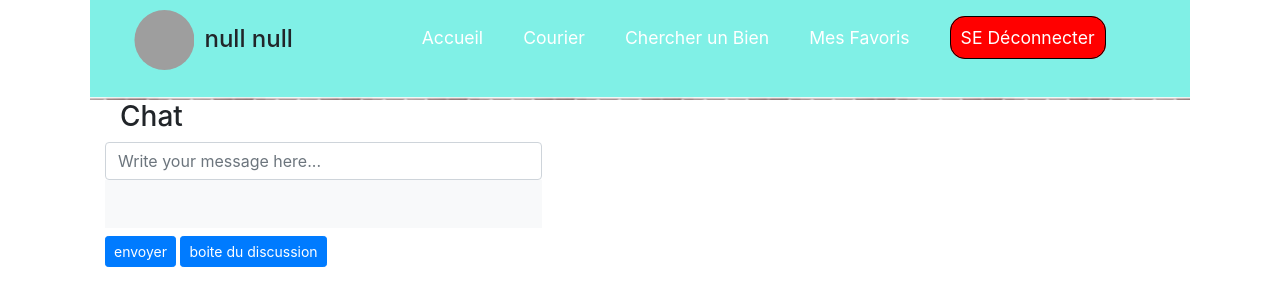
Repository: hassen-mnejja/Real_Estate_Agency_Website
Page: http://localhost/frontoffice/ControleurMessageServlet
An editor plug-in stored every save of this project. The page is shown before and after the next save, followed by the edit.
The browser window is 1280 px wide. The pictures show the whole page.
The page is served by Tomcat 9. Other server files are loaded and not shown.

Above is the page before, as saved 2020-06-26 17:09:53.

### frontoffice/WebContent/WEB-INF/Mess.jsp
<%@ page pageEncoding="UTF-8" %>
<%@ taglib uri="http://java.sun.com/jsp/jstl/core" prefix="c" %>
<!DOCTYPE html>
<html>
    <head>
        <meta charset="utf-8" />
         <link rel="stylesheet" href="css/bootstrap.css" />
         <link rel="stylesheet" href="css/bootstrap.min.css" />
         <link rel="stylesheet" href="style42.css" />
        <title>messagerire</title>
<script type="text/javascript">
	function confirmer(url) {
		var rep = confirm("Etes vous sûr de vouloir supprimer ?");
		if (rep == true) {
			document.location = url;
		}
	}
</script>
    </head>
    <body>
<div id="bloc_page">
        	<header>

        		<div id="logo">
        	    <img src="http://localhost:8080/backoffice/Images/Client/${id}/${id }-1.jpg" title="Photo de profil">
        	    <h1>${nom }</h1>
        	    </div>
                 <nav>
                	<ul>
                	    <li><a href="Acceuil" ><span class="acceuil">Accueil</span></a></li>
                		<li><a href="ControleurMessageServlet" ><span class="acceuil">Courier</span></a></li>
                	<!--  <li><a href="http://localhost:8080/agence_immobilier/Personnel"> Information Personnelle</a></li>-->
                		<li><a href="Image"> Chercher un Bien</a></li>
                		<li><a href="Image"> Mes Favoris</a></li>
                		<li class="blanc"><a href="Deconnexion" class="couleur"> SE Déconnecter</a></li>



                    </ul>
                </nav>
            </header>
<div style="border-radius:10px blue groove;magin:30px auto; width:700px">
<div class="container" >

  <form action="ControleurMessageServlet" method="get">
	   <div class="row">

            <div class="col-sm-8">
                  <div class="chatbody">
                  <div class="panel panel-primary">
                <div class="panel-heading top-bar">
                    <div class="col-md-8 col-xs-8">
                        <h3 class="panel-title"><span class="glyphicon glyphicon-comment"></span> Chat </h3>

                    </div>
                </div>

                <c:forEach  var="m" items="${model.getMsgs()}">

                              <c:if test="${m.getMessFromId()==0 }">
                                <div class="media">
                                    <img src="http://localhost:8080/backoffice/Images/Client/0/0-1.jpg"  alt="..." class="rounded-sm"><!-- imagess user chemin -->
                                    <div class="media-body">
                                    <div class="shadow-sm p-3 mb-5 bg-white rounded">
                                   <h5 class="mt-0">Systeme</h5>
                                   </div>
                                   <div class="shadow p-3 mb-5 bg-white rounded">
                                 <p>  ${m.getMessText()}</p>
                                 </div>
                                   <p class="mb-0"> ${m.getSendDate()}</p>

                                   <a href="javascript:confirmer('ControleurMessageServlet?action=supprimer&MessId=${ m.getMessId() }')">Supprimer</a>
                                   </div>
                                </div>
                             </c:if>
                             <c:if test="${m.getMessFromId()!=0 }">
                              <div class="media">
                                    <div class="media-body">
                                    <div class="shadow-sm p-3 mb-5 bg-white rounded">
                                    <h5 class="mt-0 mb-1">${nom }</h5>
                                    </div>
                                    <div class="shadow p-3 mb-5 bg-white rounded">
                                    <p>${m.getMessText()}</p>
                                    </div>
                                    <p> ${m.getSendDate()}</p>
                                    <a href="javascript:confirmer('ControleurMessageServlet?action=supprimer&MessId=${ m.getMessId() }')"><p class="font-italic">Supprimer ce message</p></a>
                                      </div>
                                     <img src="http://localhost:8080/backoffice/Images/Client/${id }/${id }-1.jpg"  alt="..." class="rounded-sm">
                                    </div>
                              </c:if>
                            </c:forEach>



                        <input id="btn-input" type="text" class="form-control input-sm chat_input" placeholder="Write your message here..."  name="mesg"/>
                        <div class="p-3 mb-2 bg-light text-dark">
                        <p class="font-italic">${message}</p>
                        </div>
                        <input type="hidden" id="temps" class="form-input" name="temps" />


                        <input type="submit" class="btn btn-primary btn-sm" id="btn-chat" name="action" value="envoyer"/>
                        <input type="submit" class="btn btn-primary btn-sm" id="btn-chat" name="action" value="boite du discussion"/>
                        </div>
                        </div>
                        </div>

                        </div>
                        </form>

                      </div>
                       </div>
                    </div>
                    <script>
		      window.addEventListener('load', () => {
			  const now = new Date();
			  now.setMinutes(now.getMinutes() - now.getTimezoneOffset());
			  document.getElementById('temps').value = now.toISOString().slice(0, -1);
			});
	              </script>
    </body>
    </html>

### frontoffice/src/com/please/ControleurMessageServlet.java
package com.please;

import java.io.IOException;
import java.util.List;

import javax.servlet.ServletException;
import javax.servlet.http.HttpServlet;
import javax.servlet.http.HttpServletRequest;
import javax.servlet.http.HttpServletResponse;

import com.stp.Mess;
import com.stp.MessControler;
import com.stp.MessageModel;
import com.stp.Utilisateur;

/**
 * Servlet implementation class ControleurMessageServlet
 */
public class ControleurMessageServlet extends HttpServlet {
	private static final long serialVersionUID = 1L;

	public ControleurMessageServlet() {
		super();

	}

	@Override
	protected void doGet(HttpServletRequest request, HttpServletResponse response) throws ServletException, IOException {
		MessageModel model = new MessageModel();
		String message;
		String temps = request.getParameter("temps");
		MessControler Messcont = new MessControler();
		String action = request.getParameter("action");
		String mesg = request.getParameter("mesg");
		request.setAttribute("id", Utilisateur.id);
		request.setAttribute("nom", Utilisateur.nom + " " + Utilisateur.prenom);
		System.out.println(Utilisateur.id);
		if (action != null) {
			if (action.equals("boite du discussion")) {
				List<Mess> messages = Messcont.listMessage(Utilisateur.id); // il faut id du client apres login
				for (Mess msg : messages) { System.out.println(msg.getMessText()); }
				model.setMsgs(messages);
				request.setAttribute("model", model);
			} else if (action.equals("envoyer")) {
				if (mesg != null) {
					Mess m = new Mess();
					m.setMessFromId(Utilisateur.id);// id cleint
					m.setMessToId(0); // admin toujours de id==0
					m.setMessText(mesg);

					m.setSendDate(temps);
					model.setMessage(m);
					Messcont.addMessage(m);
					List<Mess> messages = Messcont.listMessage(Utilisateur.id); // il faut id du client apres login
					model.setMsgs(messages);
					request.setAttribute("model", model);
				} else {
					message = "votre message est vide on ne peut l'envoyer";
					request.setAttribute("message", message);
				}

			} else {
				String MessId = request.getParameter("MessId");
				int id = Integer.parseInt(MessId);
				Messcont.deleteMessage(id);
			}

		}

		request.getRequestDispatcher("/WEB-INF/Mess.jsp").forward(request, response);
	}

	@Override
	protected void doPost(HttpServletRequest request, HttpServletResponse response) throws ServletException, IOException {

	}

}

### frontoffice/src/com/stp/MessageModel.java
package com.stp;
import java.util.ArrayList;
import java.util.List;
public class MessageModel {
    private Mess message=new Mess();
    private List<Mess> msgs = new ArrayList<>();
    public Mess getMessage() {
		return message;
	}
	public void setMessage(Mess message) {
		this.message = message;
	}
	public List<Mess> getMsgs() {
		return msgs;
	}
	public void setMsgs(List<Mess> msgs) {
		this.msgs = msgs;
	}




}

### frontoffice/src/com/stp/Mess.java
package com.stp;

public class Mess {
    private int messFromId;
   private int messToId;
   private String messText;
   private String sendDate;
   private int messId;


   public int getMessFromId() {
       return messFromId;
   }
   public void setMessFromId(int messFromId) {
       this.messFromId = messFromId;
   }
   public int getMessToId() {
       return messToId;
   }
   public void setMessToId(int messToId) {
       this.messToId = messToId;
   }
   public String getMessText() {
       return messText;
   }
   public void setMessText(String messText) {
       this.messText = messText;
   }
   public String getSendDate() {
       return sendDate;
   }
   public void setSendDate(String sendDate) {
       this.sendDate = sendDate;
   }
   public int getMessId() {
       return messId;
   }
   public void setMessId(int messId) {
       this.messId = messId;
   }



}

### frontoffice/src/com/stp/MessControler.java
package com.stp;

import java.sql.Connection;
import java.sql.DriverManager;
import java.sql.PreparedStatement;
import java.sql.ResultSet;
import java.sql.SQLException;
import java.util.ArrayList;
import java.util.List;

public class MessControler {
	private Connection connexion;

	private void loadDatabase() {

		try {
			Class.forName("com.mysql.jdbc.Driver");
		} catch (ClassNotFoundException e) {}

		try {
			String url = "jdbc:mysql://localhost:3306/agence?useUnicode=true&useJDBCCompliantTimezoneShift=true&useLegacyDatetimeCode=false&serverTimezone=UTC";

			connexion = DriverManager.getConnection(url, "root", "");
		} catch (SQLException e) {
			e.printStackTrace();
		}
	}

	public void addMessage(Mess m) {
		loadDatabase();

		try {
			PreparedStatement ps = connexion.prepareStatement("insert into message(mess_from_id,mess_to_id,mess_text,send_time) values (?,?,?,?)");

			ps.setInt(1, m.getMessFromId());
			ps.setInt(2, m.getMessToId());
			ps.setString(3, m.getMessText());
			ps.setString(4, m.getSendDate());

			ps.executeUpdate();
			// ps.close();

		} catch (SQLException e) {
			// TODO Auto-generated catch block
			e.printStackTrace();
		}
	}

	public void deleteMessage(int idMessage) {
		loadDatabase();
		try {
			PreparedStatement ps = connexion.prepareStatement("delete FROM message where mess_from_id = ?");
			ps.setInt(1, idMessage);
			ps.executeUpdate();
			ps.close();
		} catch (SQLException e) {
			// TODO Auto-generated catch block
			e.printStackTrace();
		}

	}

	public List<Mess> listMessage(int idclient) {
		List<Mess> msgs = new ArrayList<Mess>();
		loadDatabase();
		try {
			PreparedStatement ps = connexion.prepareStatement("SELECT * FROM message where( mess_from_id =?|| mess_to_id=?)  order by send_time");
			ps.setInt(1, idclient);
			ps.setInt(2, idclient);
			ResultSet rs = ps.executeQuery();
			while (rs.next()) {
				Mess m = new Mess();
				m.setMessFromId(rs.getInt("mess_from_id"));
				m.setMessToId(rs.getInt("mess_to_id"));
				m.setMessText(rs.getString("mess_text"));
				m.setSendDate(rs.getString("send_time"));
				m.setMessId(rs.getInt("mess_id"));

				msgs.add(m);
			}
			ps.close();
		} catch (SQLException e) {
			// TODO Auto-generated catch block
			e.printStackTrace();
		}
		return msgs;
	}

}

### frontoffice/src/com/stp/Utilisateur.java
package com.stp;

import java.sql.Connection;
import java.sql.DriverManager;
import java.sql.PreparedStatement;
import java.sql.ResultSet;
import java.sql.SQLException;
import java.sql.Statement;
import java.util.ArrayList;
import java.util.List;

import javax.servlet.http.HttpServletRequest;

public class Utilisateur {
	public static int id;
	public static int bien;
	public static int entrer;
	public static String nom;
	public static String prenom;
	public static String email;
	public static String numtel;
	public static String password;
	public static List<String[]> listefavoris = new ArrayList<String[]>();
	private Connection connexion;
	private Statement st;
	private ResultSet rs;

	private void loadDatabase() {

		try {
			Class.forName("com.mysql.jdbc.Driver");
		} catch (ClassNotFoundException e) {}

		try {
			String url = "jdbc:mysql://localhost:3306/agence?useUnicode=true&useJDBCCompliantTimezoneShift=true&useLegacyDatetimeCode=false&serverTimezone=UTC";

			connexion = DriverManager.getConnection(url, "root", "");
		} catch (SQLException e) {
			e.printStackTrace();
		}
	}

	public int identifiant(HttpServletRequest request) {
		String emaile = request.getParameter("email");
		String passworde = request.getParameter("password");
		loadDatabase();
		try {
			st = connexion.createStatement();
			rs = st.executeQuery("select * from client c where " + "c.email='" + emaile + "'" + " AND c.password='" + passworde + "';");
			if (rs != null) {
				rs.next();
				id = rs.getInt("idclient");
				prenom = rs.getString("prenom");
				nom = rs.getString("nom");
				password = rs.getString("password");
				email = rs.getString("email");
				numtel = rs.getString("numtel");

			} else
				id = 0;
		} catch (SQLException e) {
			e.printStackTrace();
		} finally {
			// Fermeture de la connexion
			try {
				if (rs != null)
					rs.close();
				if (st != null)
					st.close();
				if (connexion != null)
					connexion.close();
				/*
				 * if (st1 != null) st.close();
				 */
			} catch (SQLException ignore) {
				ignore.printStackTrace();
			}

		}
		return id;
	}

	public void addClient(HttpServletRequest request) {
		loadDatabase();

		try {
			PreparedStatement ps = connexion.prepareStatement("insert into client(nom,prenom,password,email,numtel) values(?,?,?,?,?)");
			/* ps.setString(1,null); */
			String email = request.getParameter("email");
			String pwd1 = request.getParameter("pwd1");
			String nom = request.getParameter("nom");
			String prenom = request.getParameter("prenom");
			String tel = request.getParameter("num");
			this.prenom = prenom;
			this.email = email;
			this.password = pwd1;
			this.nom = nom;
			this.numtel = tel;
			ps.setString(1, nom);
			ps.setString(2, prenom);
			ps.setString(3, pwd1);
			ps.setString(4, email);
			ps.setString(5, tel);
			ps.executeUpdate();
		} catch (SQLException e) {

			e.printStackTrace();

		}
	}

	public int dernierligne() {
		loadDatabase();
		int i = 0;
		try {
			st = connexion.createStatement();
			rs = st.executeQuery("select * from client ;");

			while (rs.next())
				i = i + 1;
		} catch (SQLException e) {
			e.printStackTrace();
		}

		return i;
	}

	public boolean UpdateClient(HttpServletRequest request) {
		loadDatabase();
		boolean flag = false;
		String sql = "update client set password=?,numtel=?,nom=?,prenom=?,email=? where idclient=?";
		try {
			PreparedStatement ps = connexion.prepareStatement(sql);

			ps.setString(1, request.getParameter("pwd1"));
			ps.setString(2, request.getParameter("num"));
			ps.setString(3, request.getParameter("nom"));
			ps.setString(4, request.getParameter("prenom"));
			ps.setString(5, request.getParameter("email"));
			ps.setInt(6, id);
			if (ps.executeUpdate() > 0) {
				flag = true;

			}
			ps.close();
		} catch (SQLException e) {
			// TODO: handle exception
			e.printStackTrace();
		}
		return flag;

	}
}

### frontoffice/WebContent/style42.css
@CHARSET "ISO-8859-1";
#bloc_page
{
    width: 1100px;
    margin: auto;
   /*background-color:#80F0E6;*/
}
header
{
   display:flex;
   justify-content: space-around;
   background-color:#E4DEDD;
   /*#80F0E6
   background-color:#E4DEDD;*/
   height:100px;
   background: url('separateur.png') repeat-x bottom #80F0E6;
}

/*navigation*/
nav ul
{
	display:flex;
	list-style: none;
	margin-top:15px;
}
nav ul a
{
	text-decoration:none;
	color:white;
	margin-right:40px;
	font-size: 1.1em;

}
.down
{
	display:none;
   /* margin-right:500px;*/
    padding: 0px;


}
.down a
{
	font-size: 0.9em;
}
a:hover
{
	color:red;
}
nav ul li:hover .down
{
	display:flex;
	flex-direction:column;
	margin-right:-30px;
}
#logo
{
	display:flex;
}
#logo img
{
    /*border-radius:15px 15px 15px 15px ;*/
	width:60px;
	height:60px;
	clip-path:ellipse(50% 50%);
	margin-top: 10px;
	float:left;

}
#logo h1
{
	/*width:25px;*/
	margin-top:25px;
	margin-left:10px;
	font-size:1.5em;

}
#logo p
{
	margin-top:40px;
	margin-left:-10px;
}
nav ul li
{
	margin-top:10px;
}
.essai
{
	/*width:70px;*/
	background-color:blue;
	margin-top:-20px;
}
.essai h1
{
	position:relative;
	top:50%;
	left:47%;
	color:white;
	font-size:1em;
}
.form1
{
	background-color: #eff0f1;
	border:1px solid black;
	border-radius: 5px;
	width:200px;
	padding: 25px;
	margin-top: 50px;
}
.mode
{
	margin-top: 20px;
	font-weight: bold;
}
.element{
	margin-top: 20px;
	font-weight: bold;
}
.type{
	margin-top: 5px;
}
.chercher
{

	margin-left:80px;px;
	margin-top: 20px;
	width:120px;
	color:white;
	border-radius: 5px;
	background-color: red;
	border:1px solid black;
	font-weight: bold;
	cursor:pointer;
}
.couleur
{
	border:1px black solid;
	padding:10px;
	border-radius: 15px 15px;
	background-color:red;
	color:white;
}
.blanc a:hover{
	color: white;
}
.element1{
	margin-top: 20px;
	font-weight: bold;
}
.type{
	margin-top: 5px;
}
.budget
{
	width:90px;
	border-radius:5px;
	margin-top: 5px;
}
.chambres
{
	width:190px;
	margin-top:5px;
	border-radius: 5px;

}
.caract
{
	margin-top: 5px;
}
.crit
{
	margin-top:5px;
}
.bien
{
	margin-top: 5px;
}
.region
{
	width: 190px;
	margin-top: 5px;
	border-radius: 5px;
}
.annonces
{
	margin-top: 50px;
	display:flex;
	flex-wrap:wrap;
}
.annonce
{
	display:flex;
	border:1px solid black;
	background-color: #eff0f1 ;
	border-radius: 5px;
	margin-left: 20px;
	/*margin-top: 50px;*/
	height: 250px;
	margin-bottom: 15px;
	width:400px;
	height:230px;


}
.image1 img
{

    margin-top: 0;
	width:150px;
	height:100%;

}
.description
{
	padding-left: 10px;
	text-align: justify;
	margin-left:7px;
	padding-right: 10px;

}
.description h1
{
	font-size: 1.4em;
	height:30px;
	margin-top:-5px;
}
.gmara
{

	font-size:1.3em;
}
.description .paragraphe1
{
	color:blue;
	font-weight: bold;
}
.clique button
{
	position:relative;
	/*left:75%;*/
	background-color:red;
	color:white;
	font-weight: bold;
	padding-left: 2px;
	border:1px solid black;
	width:105px;
	background-color:red;
	border-radius: 5px;
	/*margin-left:78%;*/
	/*margin-top:5%;*/
	/*top:05px;*/
}
.clique
{
	position:relative;
	top:10px;
}
section
{
	display:flex;
}
.annonces a
{
	text-decoration:none;
	color:white;
	padding:2px;

}

.testtt
{
	width:20px;
	float:left;
}
.favoris button
{
	position:relative;
	background-color:red;
	border:1px solid black;
	border-radius:5px 5px;
	/*width:130px;*/
	color:white;
	padding:2px;
	top:0%;
	font-weight:bold;
	font-size:0.75em;
}
.favoris div
{
	margin-top:-20px;

}
#final
{
	background-color: #80F0D1;
	margin-top: 70px;
}
footer
{
	display:flex;
	justify-content: space-around;
	height:250px;
	background: url('separateur.png') repeat-x top;

}
footer ul
{
	list-style: none;
	display:flex;
	flex-direction: column;
}
footer ul li
{
    margin-top: 20px;
    margin-right: 100px;
}
footer ul a
{
	text-decoration:none;
	color:white;

}
footer .element2 img
{
	width:20px;
	height: 20px;
	margin-right: 10px;
	margin-top: 100px;
}
footer .element1
{
	display:flex;
	flex-direction:column;

}
footer .element1 img
{
	width:100px;
	height: 100px;
	margin-left: 20px;
	margin-top:50px;
}
footer .element1 h1
{
    color:white;
   font-size: 1.3em;
   margin-left: 20px;
}
button
{
	cursor:pointer;
}
.couleur
{
	border:1px black solid;
	padding:10px;
	border-radius: 15px 15px;
	background-color:red;*/
	color:white;
	/*font-size:1em;*/

}
.blancc a:hover{
	color: white;
}
.blanc a:hover{
	color: white;
}
a img
{
	width:30px;
	height: 20px;
	margin-top: 0px;
	position: relative;
	left:40%;
	transition: 0.6s;
}

Loaded but not shown: frontoffice/WebContent/css/bootstrap.css (library); frontoffice/WebContent/css/bootstrap.min.css (library)

After the next save:
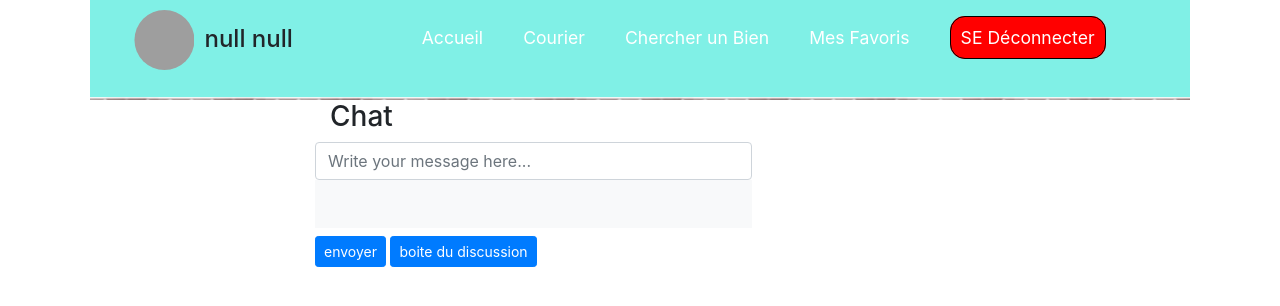
Saved 39 s later.
--- a/frontoffice/WebContent/WEB-INF/Mess.jsp
+++ b/frontoffice/WebContent/WEB-INF/Mess.jsp
@@ -40,7 +40,7 @@
                 </nav>
             </header>
 <div style="border-radius:10px blue groove;magin:30px auto; width:700px">
-<div class="container" >
+<div class="container" style="position : relative; left : 30%">
 
   <form action="ControleurMessageServlet" method="get">
 	   <div class="row">
